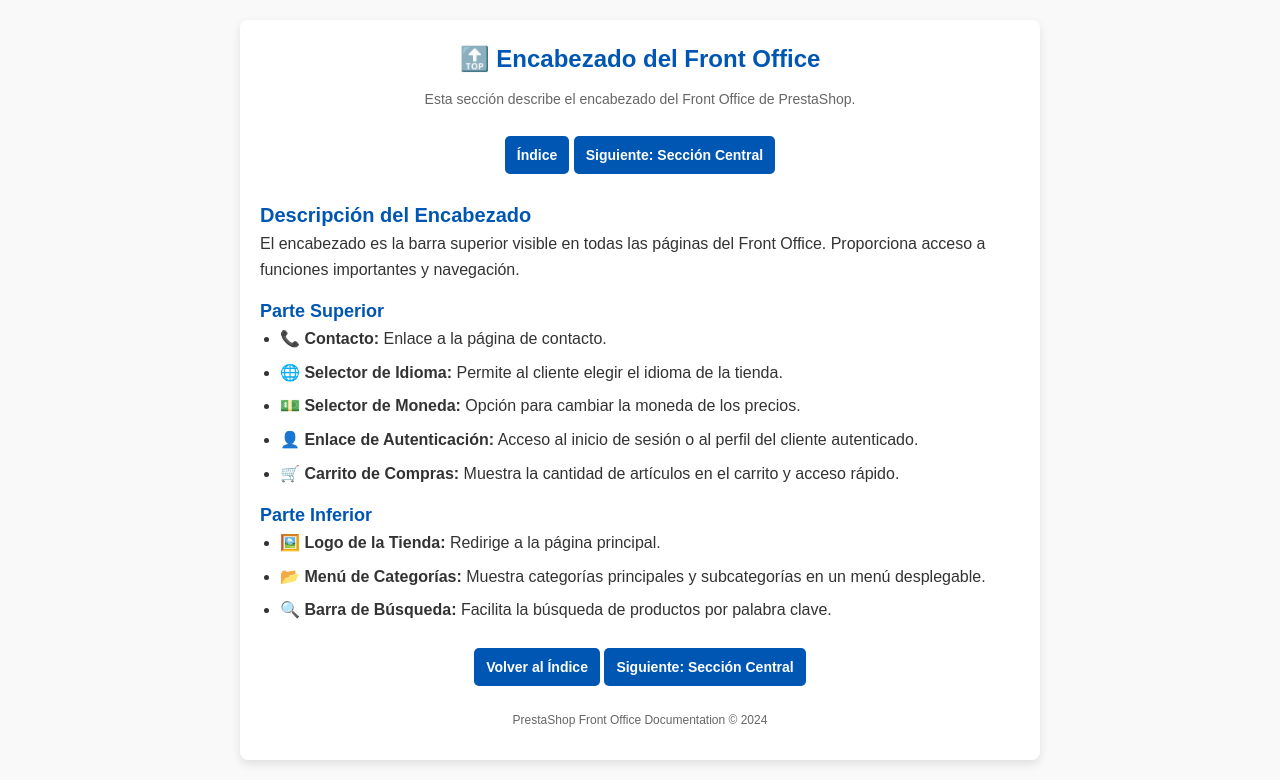
Repository: mag00s/documentacion-prestashop
Page: header.html
An editor plug-in stored every save of this project. The page is shown before and after the next save, followed by the edit.
The browser window is 1280 px wide. The pictures show the whole page.

Above is the page before, as saved 2024-11-13 17:01:10.

### header.html
<!DOCTYPE html>
<html lang="es">
<head>
    <meta charset="UTF-8">
    <meta name="viewport" content="width=device-width, initial-scale=1.0">
    <title>Encabezado del Front Office - Manual</title>
    <link rel="stylesheet" href="styles.css">
</head>
<body>
    <div class="container">
        <header>
            <h1>🔝 Encabezado del Front Office</h1>
            <p>Esta sección describe el encabezado del Front Office de PrestaShop.</p>
        </header>

        <nav>
            <a href="index.html" class="button-link">Índice</a>
            <a href="central-section.html" class="button-link">Siguiente: Sección Central</a>
        </nav>

        <section>
            <h2>Descripción del Encabezado</h2>
            <p>El encabezado es la barra superior visible en todas las páginas del Front Office. Proporciona acceso a funciones importantes y navegación.</p>

            <h3>Parte Superior</h3>
            <ul>
                <li>📞 <strong>Contacto:</strong> Enlace a la página de contacto.</li>
                <li>🌐 <strong>Selector de Idioma:</strong> Permite al cliente elegir el idioma de la tienda.</li>
                <li>💵 <strong>Selector de Moneda:</strong> Opción para cambiar la moneda de los precios.</li>
                <li>👤 <strong>Enlace de Autenticación:</strong> Acceso al inicio de sesión o al perfil del cliente autenticado.</li>
                <li>🛒 <strong>Carrito de Compras:</strong> Muestra la cantidad de artículos en el carrito y acceso rápido.</li>
            </ul>

            <h3>Parte Inferior</h3>
            <ul>
                <li>🖼️ <strong>Logo de la Tienda:</strong> Redirige a la página principal.</li>
                <li>📂 <strong>Menú de Categorías:</strong> Muestra categorías principales y subcategorías en un menú desplegable.</li>
                <li>🔍 <strong>Barra de Búsqueda:</strong> Facilita la búsqueda de productos por palabra clave.</li>
            </ul>
        </section>

        <footer>
            <nav>
                <a href="index.html" class="button-link">Volver al Índice</a>
                <a href="central-section.html" class="button-link">Siguiente: Sección Central</a>
            </nav>
            <p>PrestaShop Front Office Documentation © 2024</p>
        </footer>
    </div>
</body>
</html>

### styles.css
/* General Reset */
* {
    margin: 0;
    padding: 0;
    box-sizing: border-box;
}

/* Body and Font */
body {
    font-family: Arial, sans-serif;
    line-height: 1.6;
    color: #333;
    background-color: #f9f9f9;
    padding: 20px;
}

/* Container */
.container {
    max-width: 800px;
    margin: 0 auto;
    padding: 20px;
    background-color: #fff;
    border-radius: 8px;
    box-shadow: 0px 4px 10px rgba(0, 0, 0, 0.1);
}

/* Header */
header {
    text-align: center;
    margin-bottom: 20px;
}

header h1 {
    font-size: 24px;
    color: #0056b3;
}

header p {
    font-size: 14px;
    color: #666;
}

/* Navigation */
nav {
    margin-bottom: 20px;
    text-align: center;
}

nav a {
    color: #0056b3;
    text-decoration: none;
    margin: 0 10px;
    font-weight: bold;
}

nav a:hover {
    text-decoration: underline;
}

/* Main Content */
h1, h2, h3 {
    color: #0056b3;
}

h1 {
    font-size: 24px;
    margin-bottom: 10px;
}

h2 {
    font-size: 20px;
    margin-top: 20px;
}

h3 {
    font-size: 18px;
    margin-top: 15px;
}

p, ul, ol {
    margin-bottom: 10px;
}

ul, ol {
    padding-left: 20px;
}

ul li {
    margin-bottom: 8px;
}

/* Footer Navigation */
footer {
    margin-top: 20px;
    text-align: center;
}

footer p {
    font-size: 12px;
    color: #666;
}

/* Button-like Links */
.button-link {
    display: inline-block;
    background-color: #0056b3;
    color: white;
    padding: 8px 12px;
    border-radius: 5px;
    text-decoration: none;
    margin: 5px 0;
    font-size: 14px;
}

.button-link:hover {
    background-color: #003d80;
}

After the next save:
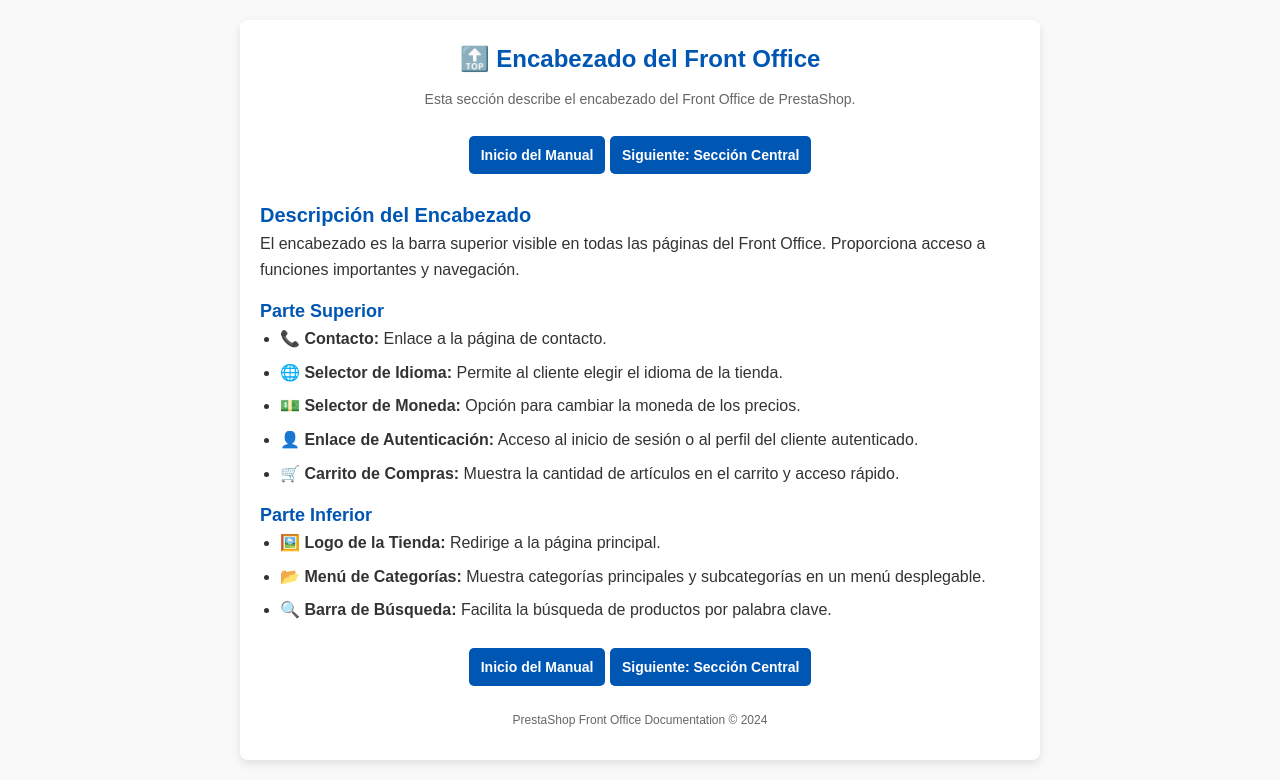
Saved 11 s later.
--- a/header.html
+++ b/header.html
@@ -14,7 +14,7 @@
         </header>
 
         <nav>
-            <a href="index.html" class="button-link">Índice</a>
+            <a href="index.html" class="button-link">Inicio del Manual</a>
             <a href="central-section.html" class="button-link">Siguiente: Sección Central</a>
         </nav>
 
@@ -41,7 +41,7 @@
 
         <footer>
             <nav>
-                <a href="index.html" class="button-link">Volver al Índice</a>
+                <a href="index.html" class="button-link">Inicio del Manual</a>
                 <a href="central-section.html" class="button-link">Siguiente: Sección Central</a>
             </nav>
             <p>PrestaShop Front Office Documentation © 2024</p>
